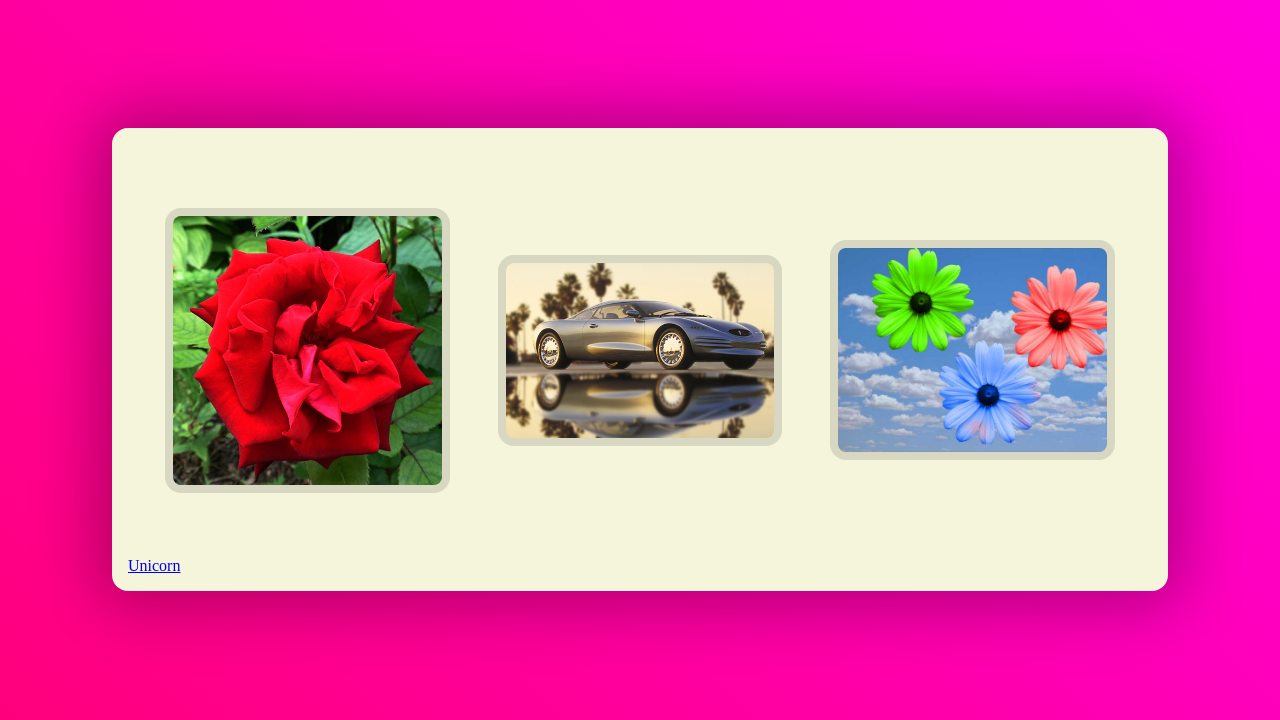
Repository: ViggoSkj/VGY
Page: ovningar/photoshopovning/photoshopovning.html
An editor plug-in stored every save of this project. The page is shown before and after a run of saves, followed by the edit.
The browser window is 1280 px wide. The pictures show the whole page.

Above is the page before, as saved 2022-11-27 12:20:23.

### ovningar/photoshopovning/photoshopovning.html
<!DOCTYPE html>
<html lang="en">
    <head>
        <meta charset="UTF-8">
        <meta http-equiv="X-UA-Compatible" content="IE=edge">
        <meta name="viewport" content="width=device-width, initial-scale=1.0">
        <title>Document</title>
        <link rel="stylesheet" href="public/css/style.css">
    </head>
    <body>
        <div class="container">
            <div class="images">
                <img src="public/images/ros_edited.jpg" alt="ros">
                <img src="public/images/bil_edited.jpg" alt="bil">
                <img src="public/images/sky_and_flower.jpg" alt="1 röd, 1, blå och 1 grönn blomma på en himmel">
            </div>

            <div id="myfooter">
                <a href="https://validator.w3.org/unicorn/check?ucn_uri=labb.vgy.se/~viggosg/ovningar/photoshopovningar.html&ucn_task=conformance">Unicorn</a>
             </div>
        </div>
    </body>
</html>

### ovningar/photoshopovning/public/css/style.css
body
{
    background-image: linear-gradient(45deg, rgb(255, 0, 0) 0%, rgb(255, 0, 221) 100%, rgb(0, 26, 255) 200%);
    background-size: 300% 100%;
    display: flex;
    height: 300%;
    margin: 0;
    background-repeat: no-repeat;
    background-attachment: fixed;
    animation: rotating 5s infinite alternate;
}

@keyframes rotating
{
    from {background-position-x: 00%;}
    to {background-position-x: 100%;}
}

.container
{
    background-color: beige;
    margin: auto;
    margin-top: 8em;
    align-items: center;
    width: 80%;
    border-radius: 1em;
    padding: 1em;
    box-shadow: 0em 0em 4em 1em rgba(0, 0, 0, 0.301);
}

img
{

    width: 30%;
    border-radius: 1em;
    padding: 0.5em;
    background-color: rgba(0, 0, 0, 0.116);
}

.images
{
    display: flex;
    justify-content: center;
    gap: 3em;
    align-items: center;
    padding: 2em;
    margin: 2em;
}

After the next 2 saves:
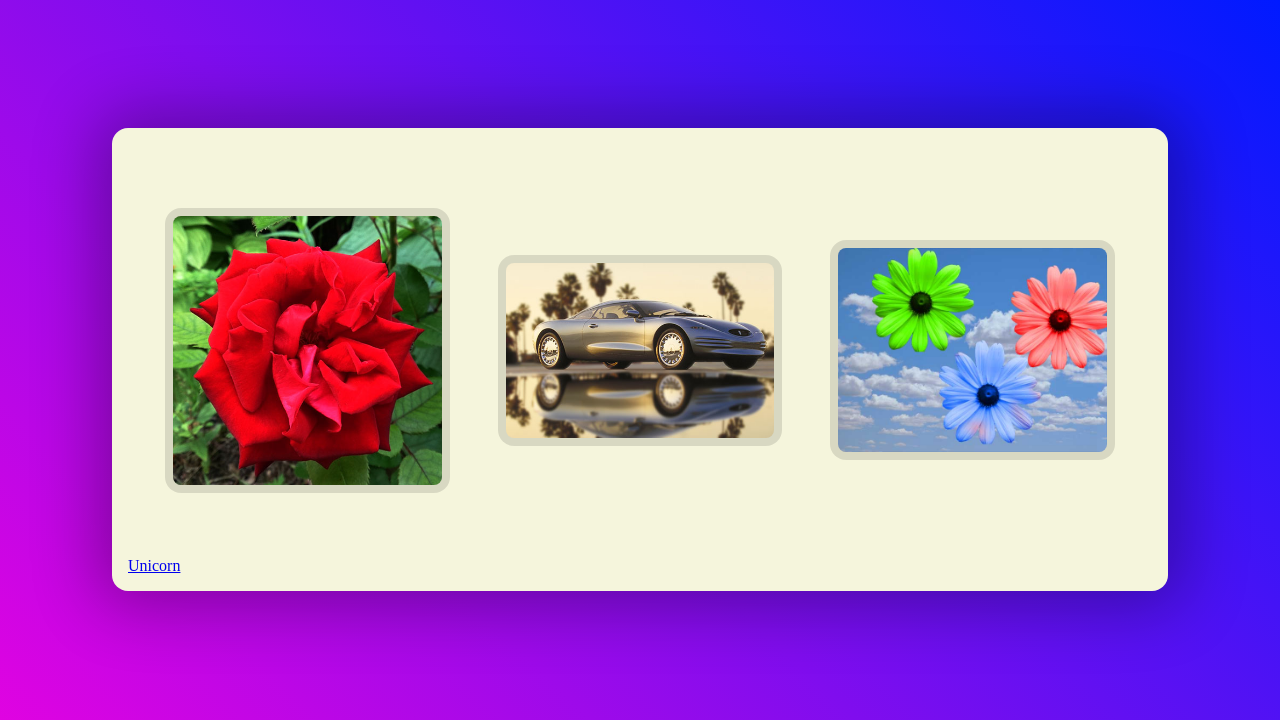
The 2 saves are shown as one change because they came seconds apart.
The last was saved 16 s later.
--- a/ovningar/photoshopovning/public/css/style.css
+++ b/ovningar/photoshopovning/public/css/style.css
@@ -1,6 +1,6 @@
 body
 {
-    background-image: linear-gradient(45deg, rgb(255, 0, 0) 0%, rgb(255, 0, 221) 100%, rgb(0, 26, 255) 200%);
+    background-image: linear-gradient(45deg, rgb(255, 0, 0) 0%, rgb(255, 0, 221) 50%, rgb(0, 26, 255) 100%);
     background-size: 300% 100%;
     display: flex;
     height: 300%;
